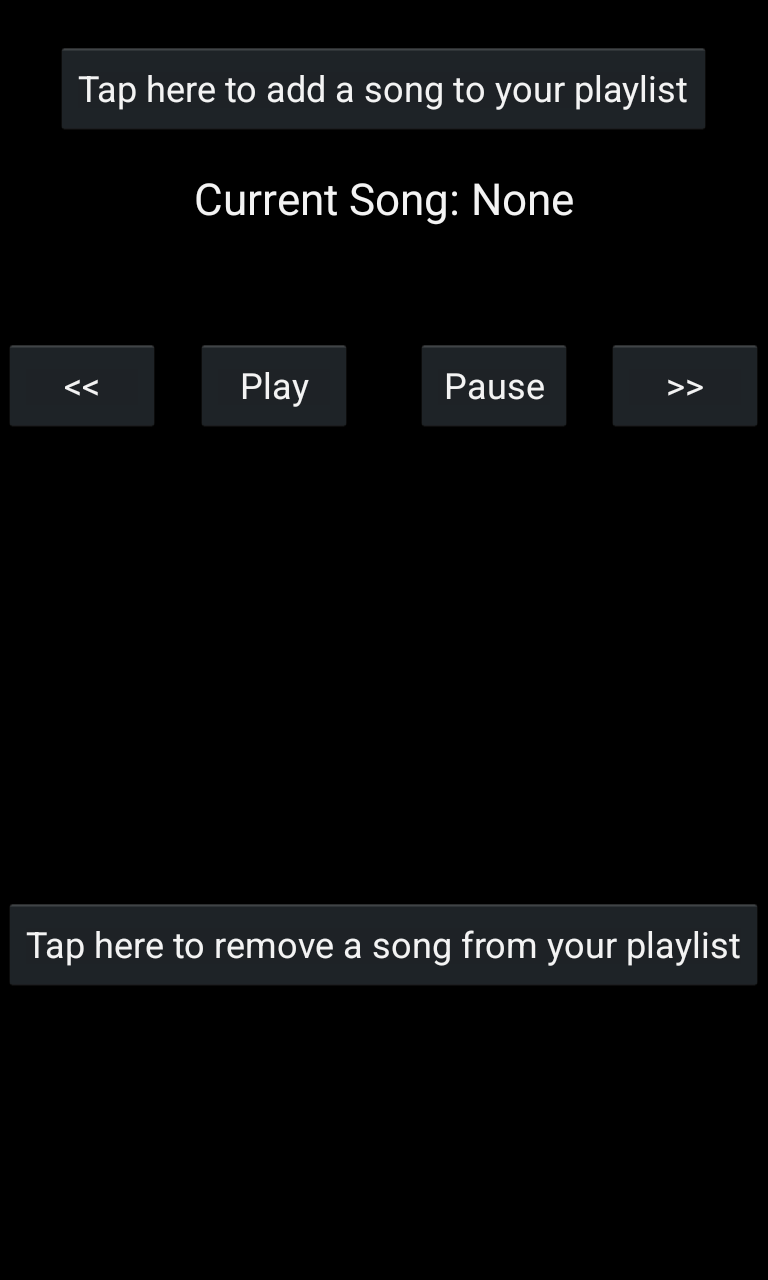
Repository: griff1/idpa2012projects
Layout: workspace/Player/res/layout/main2.xml
An editor plug-in stored every save of this project. The layout is shown before and after the next save, followed by the edit.
It is drawn on a 768 x 1280 px phone screen (xhdpi) without system bars, with theme android:Theme.Holo; the app's code is not run.

Above is the layout before, as saved 2012-08-02 21:45:17.

### workspace/Player/res/layout/main2.xml
<?xml version="1.0" encoding="utf-8"?>
<LinearLayout android:layout_width="match_parent"
    android:layout_height="match_parent"
    android:orientation="vertical" xmlns:android="http://schemas.android.com/apk/res/android">

















    <RelativeLayout
        android:id="@+id/relativeLayout1"
        android:layout_width="match_parent"
        android:layout_height="match_parent" >

        <Button
            android:id="@+id/button1"
            android:layout_width="wrap_content"
            android:layout_height="wrap_content"
            android:layout_centerHorizontal="true"
            android:layout_marginTop="20dp"
            android:text="@string/TapHere" />

        <TextView
            android:id="@+id/textView1"
            android:layout_width="wrap_content"
            android:layout_height="wrap_content"
            android:layout_below="@+id/button1"
            android:layout_centerHorizontal="true"
            android:layout_marginTop="16dp"
            android:text="@string/CurrentSong2"
            android:textAppearance="?android:attr/textAppearanceLarge" />

        <Button
            android:id="@+id/button2"
            android:layout_width="wrap_content"
            android:layout_height="wrap_content"
            android:layout_alignParentBottom="true"
            android:layout_centerHorizontal="true"
            android:layout_marginBottom="144dp"
            android:text="@string/TapHere2" />



        <Button
            android:id="@+id/button7"
            android:layout_width="80dp"
            android:layout_height="wrap_content"
            android:layout_alignLeft="@+id/button2"
            android:layout_below="@+id/textView1"
            android:layout_marginTop="55dp"
            android:text="@string/Back" />

        <Button
            android:id="@+id/button4"
            android:layout_width="80dp"
            android:layout_height="wrap_content"
            android:layout_alignBaseline="@+id/button7"
            android:layout_alignBottom="@+id/button7"
            android:layout_alignLeft="@+id/textView1"
            android:text="@string/Play" />

        <Button
            android:id="@+id/button5"
            android:layout_width="80dp"
            android:layout_height="wrap_content"
            android:layout_alignBaseline="@+id/button4"
            android:layout_alignBottom="@+id/button4"
            android:layout_alignRight="@+id/textView1"
            android:text="@string/Pause" />

        <Button
            android:id="@+id/button6"
            android:layout_width="80dp"
            android:layout_height="wrap_content"
            android:layout_alignBaseline="@+id/button5"
            android:layout_alignBottom="@+id/button5"
            android:layout_alignRight="@+id/button2"
            android:text="@string/Forward" />

    </RelativeLayout>

</LinearLayout>

### workspace/Player/res/values/strings.xml
<?xml version="1.0" encoding="utf-8"?>
<resources>

    <string name="hello">Hello World, BlankActivity!</string>
    <string name="app_name">Blank</string>
    <string name="CurrentSong">Current Song</string>
    <string name="CurrentSong2">Current Song: None</string>
    <string name="Tap">Tap here to choose a song to share.</string>
    <string name="Share">"To share your song, simply tap your device against another with the app open. "</string>
    <string name="Downloaded">"Current Downloaded Song: "</string>
    <string name="Tap2">Tap here to play the current downloaded song.</string>
    <string name="CurrentSong3">Current Downloaded Song: None</string>
    <string name="CurrentSong4">Current Song:\\n</string>
    <string name="Play">Play</string>
    <string name="Pause">Pause</string>
    <string name="TapHere">Tap here to add a song to your playlist</string>
    <string name="Back">&lt;&lt;</string>
    <string name="TapHere2">Tap here to remove a song from your playlist</string>
    <string name="Forward">>></string>

</resources>

After the next save:
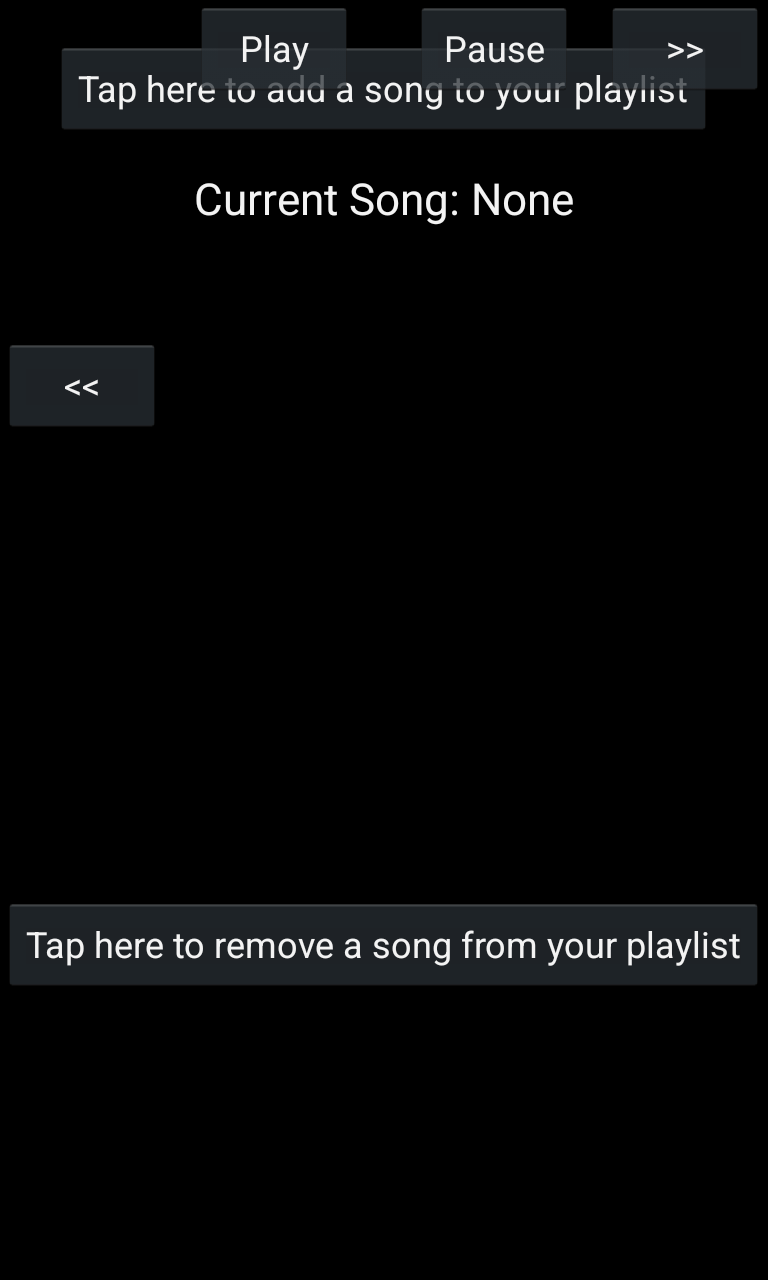
Saved 29 s later.
--- a/workspace/Player/res/layout/main2.xml
+++ b/workspace/Player/res/layout/main2.xml
@@ -54,7 +54,7 @@
 
 
         <Button
-            android:id="@+id/button7"
+            android:id="@+id/button3"
             android:layout_width="80dp"
             android:layout_height="wrap_content"
             android:layout_alignLeft="@+id/button2"

After the save that followed:
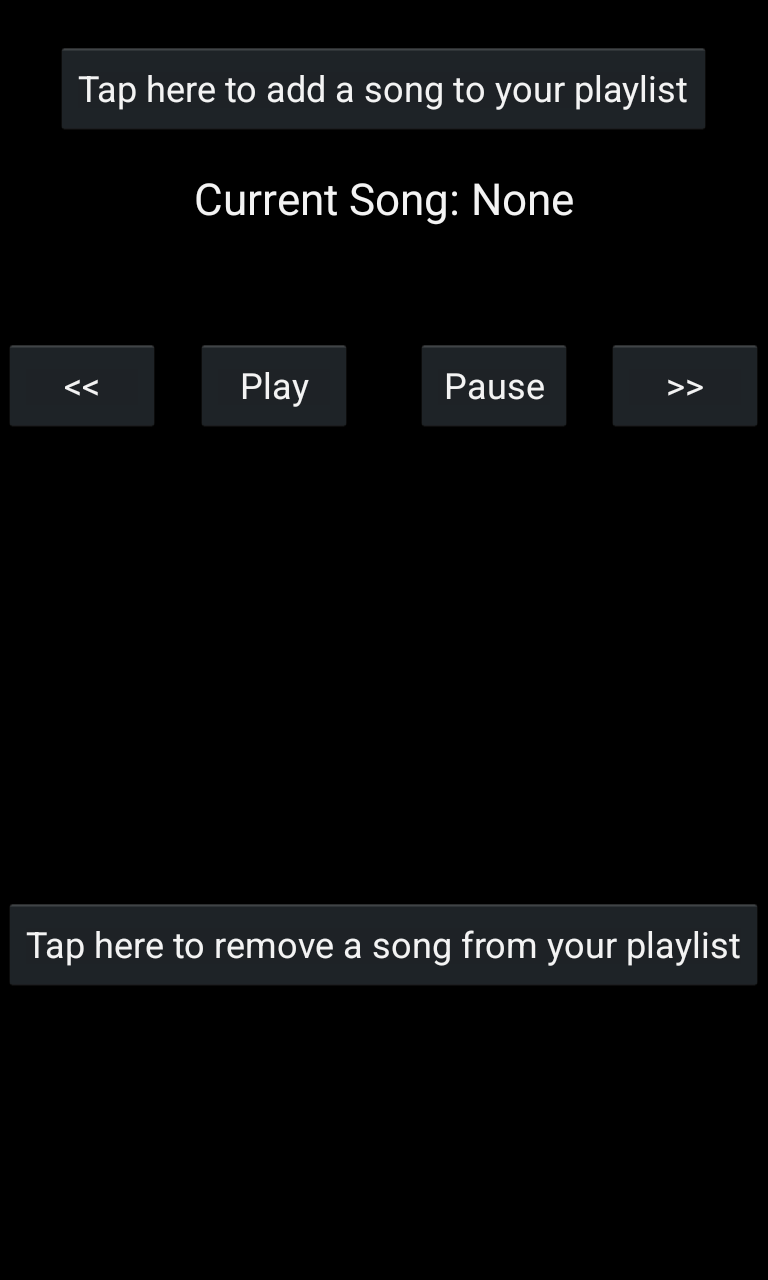
Saved 4 min 34 s later.
--- a/workspace/Player/res/layout/main2.xml
+++ b/workspace/Player/res/layout/main2.xml
@@ -54,7 +54,7 @@
 
 
         <Button
-            android:id="@+id/button3"
+            android:id="@+id/button7"
             android:layout_width="80dp"
             android:layout_height="wrap_content"
             android:layout_alignLeft="@+id/button2"
